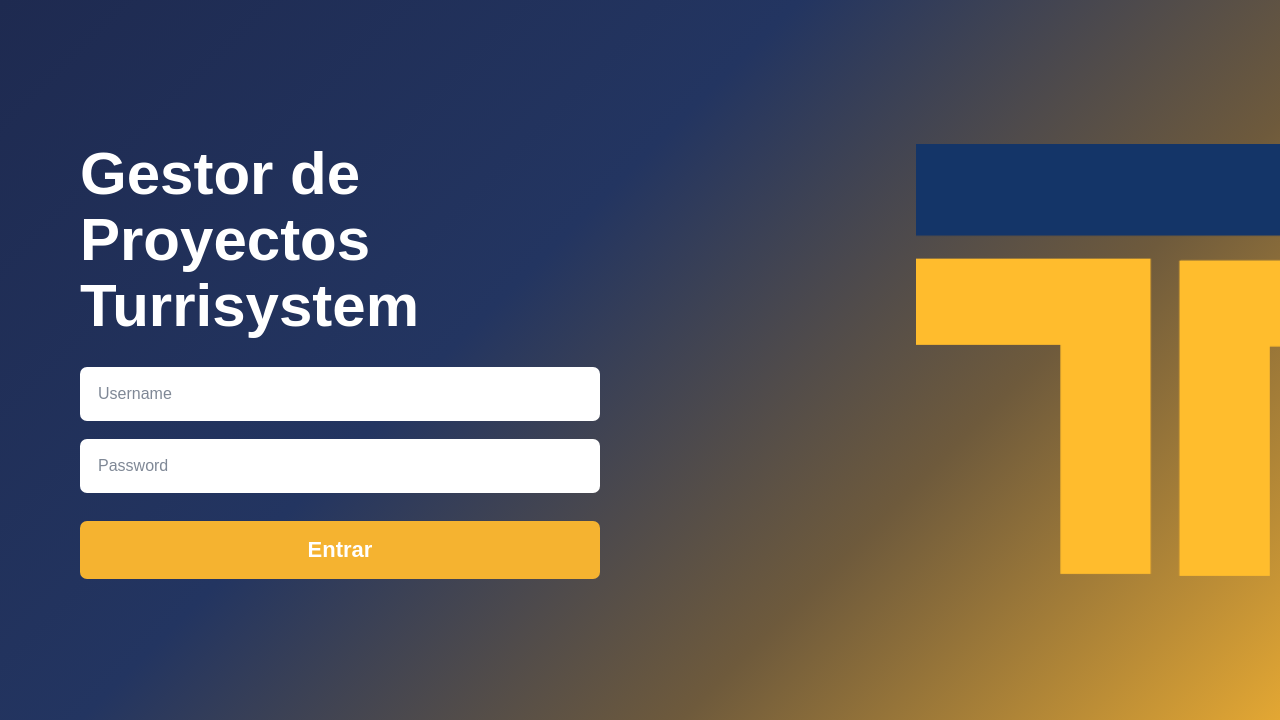
Repository: JucesM/gestor-proyectos-turri
Page: /projects (app in Job-Portal-Frontend-main/)
The author's editor kept a copy of each file at every save. The page is drawn from the files as they stood at one save, then again after the next save.
The browser window is 1280 px wide. The pictures show the whole page.
The page's requests for data from a server got no answer. The project was rebuilt for these pictures with package versions that can differ from the ones it lists, and the page was loaded fresh each time. No one was signed in, and anything a server would have sent is missing. Imported but missing from the stored project, and not drawn on this page: Job-Portal-Frontend-main/src/reportWebVitals.

Above is the page before, as saved 2025-09-23 14:52:23.

After the next save:
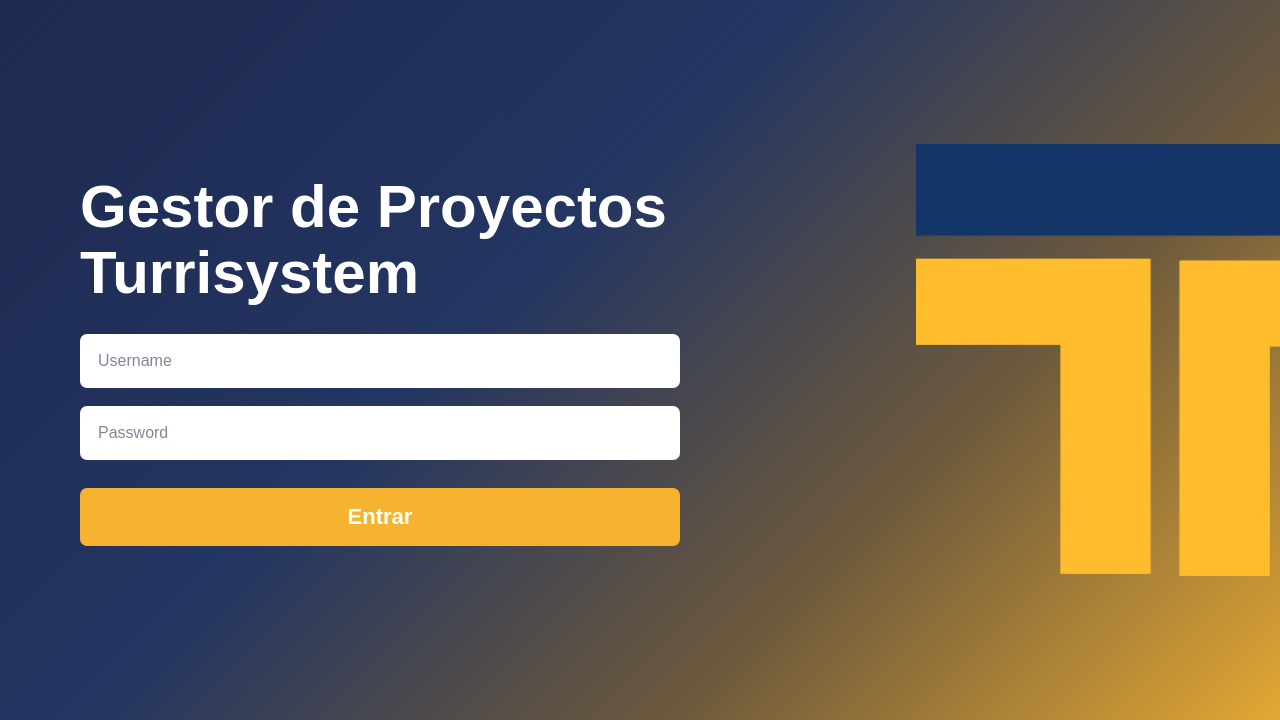
Saved 103 s later.
--- a/Job-Portal-Frontend-main/src/pages/Login.css
+++ b/Job-Portal-Frontend-main/src/pages/Login.css
@@ -19,7 +19,7 @@
 
 /* Contenido del formulario */
 .login-content {
-  width: 520px;
+  width: 600px;
   text-align: left;
 }
 
